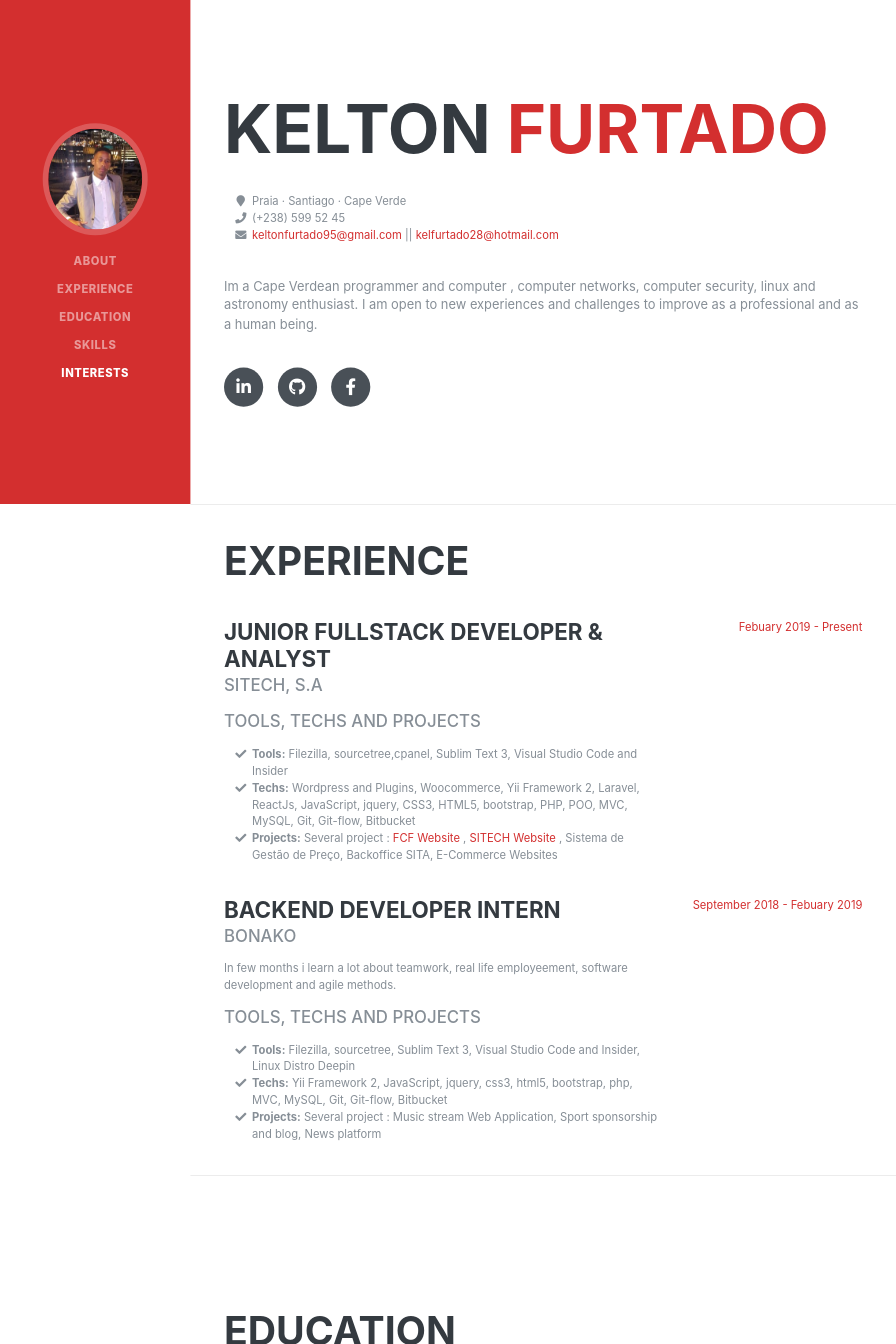
Repository: kcfurtado/kcfurtado.github.io
Page: index.html
An editor plug-in stored every save of this project. The page is shown before and after the next save, followed by the edit.
The browser window is 1280 px wide. The pictures show the part of the page from y = 0 to 1920 px (the page is 3843 px tall), at 70% of full size.
Some web fonts or font styles are not loaded; a fallback is used.

Above is the page before, as saved 2020-04-04 19:14:12.

After the next save:
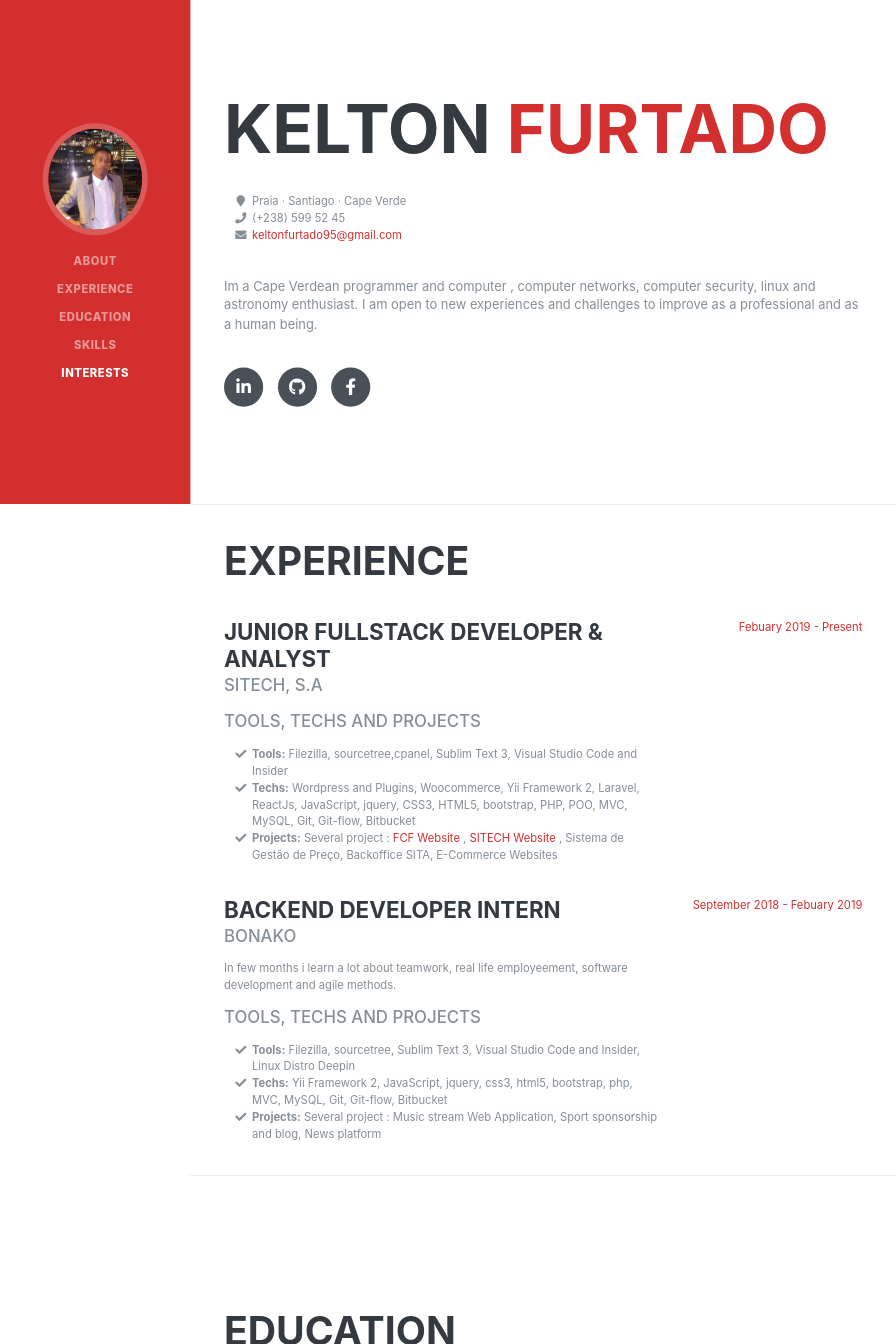
Saved 95 s later.
--- a/index.html
+++ b/index.html
@@ -75,8 +75,7 @@
           </li>
           <li>
             <i class="fa-li fa fa-envelope"></i>
-            <a target="_blank" href="mailto:keltonfurtado95@gmail.com"> keltonfurtado95@gmail.com</a> ||
-            <a target="_blank" href="mailto:kelfurtado28@hotmail.com"> kelfurtado28@hotmail.com</a>
+            <a target="_blank" href="mailto:keltonfurtado95@gmail.com"> keltonfurtado95@gmail.com</a>
           </li>
         </ul>
         <p class="lead mb-5">Im a Cape Verdean programmer and computer , computer networks, computer security, linux and astronomy enthusiast. I am open to new experiences and challenges to improve as a professional and as a human being.</p>
